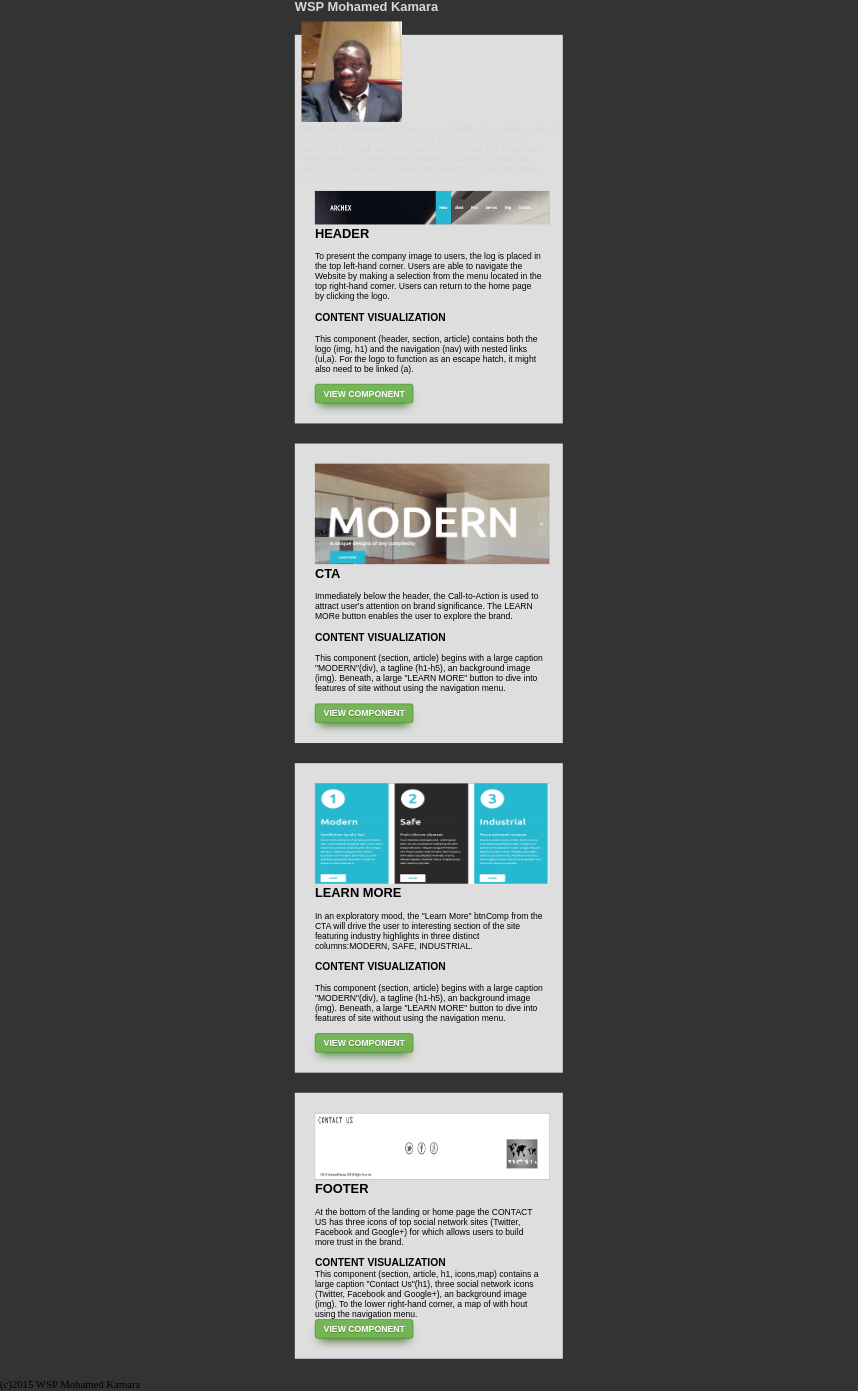
Repository: makamara/WSP_Project
Page: wsp/index.html
An editor plug-in stored every save of this project. The page is shown before and after the next save, followed by the edit.
The browser window is 1280 px wide. The pictures show the whole page, at 67% of full size.

Above is the page before, as saved 2015-09-15 23:38:52.

### wsp/index.html
<!DOCTYPE html>
<html>
<head>
	<title>WSP: Mohamed Kamara</title>
	<link rel="stylesheet" type="text/css" href="css/reset.css" />
	<link rel="stylesheet" type="text/css" href="css/main.css" />
</head>
<body>


	<!-- Header -->
	<header>

	</header>

	<!-- About -->
	<section id="about">

		<h1>WSP Mohamed Kamara</h1>
		<div class="image">
			<img src="images/art_pix.jpg" alt="Mohamed Kamara" width="150" height="150" />
			<p>My name is Mohamed Kamara, I am originally from Liberia, a small country off the coast of West Africa. My interest in computer
		started as far back as 1995 while in high school and since then I have made it a career. Before Fullsail, I worked on technical
		support, but ever since I knew that development was something I really like doing, especially, the Web backend.
		</p>


	</section>

	<!-- Blog, Components -->
	<section>
		<!-- Header section -->
		<article>

			<img src="images/header.png" alt="Header Section" width="350" height="50" />
			<h1>HEADER</h1><br />
			<p>To present the company image to users, the log is placed in the top left-hand corner. Users are able to navigate the Website
			by making a selection from the menu located in the top right-hand corner. Users can return to the home page by clicking the logo.
			</p><br />
			<h3>CONTENT VISUALIZATION</h3><br />

			<p>This component (header, section, article) contains both the logo (img, h1) and the navigation (nav) with nested links (ul,a).
			For the logo to function as an escape hatch, it might also need to be linked (a).
			</p><br />
			<p><a href="" class="btnComp">VIEW COMPONENT</a></p>
		</article>
		<!-- CTA section -->
		<article>
			<img src="images/cta.jpg" alt="CTA" width="350" height="150" />
			<h1>CTA</h1><br />
			<p>Immediately below the header, the Call-to-Action is used to attract user's attention on brand significance.
				The <strong>LEARN MORe</strong> button enables the user to explore the brand.
			</p><br />
			<h3>CONTENT VISUALIZATION</h3><br />
			<p>This component (section, article) begins with a large caption "MODERN"(div), a tagline (h1-h5), an background image (img).
			Beneath, a large "LEARN MORE" button to dive into features of site without using the navigation menu.
			</p><br />
			<p><a href="" class="btnComp">VIEW COMPONENT</a></p>
		</article>
	<!-- LEARN MORE section -->
		<article>
			<img src="images/learnmore.jpg" alt="Learn More" width="350" height="150" />
			<h1>LEARN MORE</h1><br />
			<p>In an exploratory mood, the "Learn More" btnComp from the CTA will drive the user to interesting section of the site featuring
			industry highlights in three distinct columns:MODERN, SAFE, INDUSTRIAL.

			</p><br />
			<h3>CONTENT VISUALIZATION</h3><br />
			<p>This component (section, article) begins with a large caption "MODERN"(div), a tagline (h1-h5), an background image (img).
			Beneath, a large "LEARN MORE" button to dive into features of site without using the navigation menu.
			</p><br />
			<p><a href="" class="btnComp">VIEW COMPONENT</a></p>
		</article>
		<!-- FOOTER section -->
		<article>
			<img src="images/footer.jpg" alt="Footer" width="350" height="100" />
			<h1>FOOTER</h1><br />
			<p>At the bottom of the landing or home page the CONTACT US has three icons of top social network sites (Twitter, Facebook and Google+) for
			which allows users to build more trust in the brand.

			</p><br />
			<h3>CONTENT VISUALIZATION</h3>
			<p>This component (section, article, h1, icons,map) contains a large caption "Contact Us"(h1), three social network icons (Twitter, Facebook and Google+),
				 an background image (img). To the lower right-hand corner, a map of with hout using the navigation menu.
			</p>
			<p><a href="" class="btnComp">VIEW COMPONENT</a></p>
		</article>
	</section>
<footer>(c)2015 WSP Mohamed Kamara</footer>
</body>
</html>

### wsp/css/reset.css
/* CSS RESET
====================================================================================================
====================================================================================================
*/



html, body, div, main, span, applet, object, iframe,
h1, h2, h3, h4, h5, h6, p, blockquote, pre,
a, abbr, acronym, address, big, cite, code,
del, dfn, em, img, ins, kbd, q, s, samp,
small, strike, strong, sub, sup, tt, var,
b, u, i, center,
dl, dt, dd, ol, ul, li,
fieldset, form, label, legend, input, textarea,
table, caption, tbody, tfoot, thead, tr, th, td,
article, aside, canvas, details, embed,
figure, figcaption, footer, header, hgroup,
menu, nav, output, ruby, section, summary,
time, mark, audio, video,
::before, ::after {

	margin: 0; padding: 0;
	border: 0;
	font-size: 100%;
	font: inherit;
	vertical-align: baseline;
	text-decoration: none;

	box-sizing: border-box;

}

// HTML5 - Older browser support
// ======================================================================
article, aside, details, figcaption, figure,
footer, header, hgroup, menu, nav, section {
	display: block;
}


// BODY
// ======================================================================
body {
	line-height: 1;
	font-family: Verdana, Arial, Helvetica, sans-serif;

}


// LISTS - Clear bullets
// ======================================================================
ol, ul { list-style: none; }


// QUOTES
// ======================================================================
blockquote, q { quotes: none; }
blockquote:before, blockquote:after,
q:before, q:after {
	content: '';
	content: none;
}

// TABLES
// ======================================================================
table {
	border-collapse: collapse;
	border-spacing: 0;
}

### wsp/css/main.css
/* Project CSS
============================================================
============================================================*/
body {
    background: #333333;
}

header, section {
    width: 400px;
    margin: 0 auto;
}


/* HEADER ============================== */

/* ABOUT ============================== */

/* COMPONENTS ============================== */
article {
    background: #DEDEDE;
    padding: 30px;
    margin: 30px 0;
    font-family:Arial, Helvetica, sans-serif;
    font-size:0.8em;
}

h1 {
	font-weight:bold;
	font-size:1.5em;
	font-style:normal;
}

h3 {
	font-weight:bold;
	font-size:1.2em;
	font-style:normal
}

#about{
	color:#D8D8D8;
	font-family:Arial, Helvetica, sans-serif;
    font-size:0.8em;

}

.image {
    float: left;
   padding: 10px;

}

/* View Component button ============================== */
.btnComp {
	-moz-box-shadow: 0px 10px 14px -7px #3e7327;
	-webkit-box-shadow: 0px 10px 14px -7px #3e7327;
	box-shadow: 0px 10px 14px -7px #3e7327;
	background:-webkit-gradient(linear, left top, left bottom, color-stop(0.05, #77b55a), color-stop(1, #72b352));
	background-color:#77b55a;
	-moz-border-radius:4px;
	-webkit-border-radius:4px;
	border-radius:4px;
	border:1px solid #4b8f29;
	display:inline-block;
	cursor:pointer;
	color:#ffffff;
	font-family:Arial;
	font-size:13px;
	font-weight:bold;
	padding:6px 12px;
	text-decoration:none;
	text-shadow:0px 1px 0px #5b8a3c;
}
.btnComp:hover {
	background:-webkit-gradient(linear, left top, left bottom, color-stop(0.05, #72b352), color-stop(1, #77b55a));
	background-color:#72b352;
}
.btnComp:active {
	position:relative;
	top:1px;
}

After the next save:
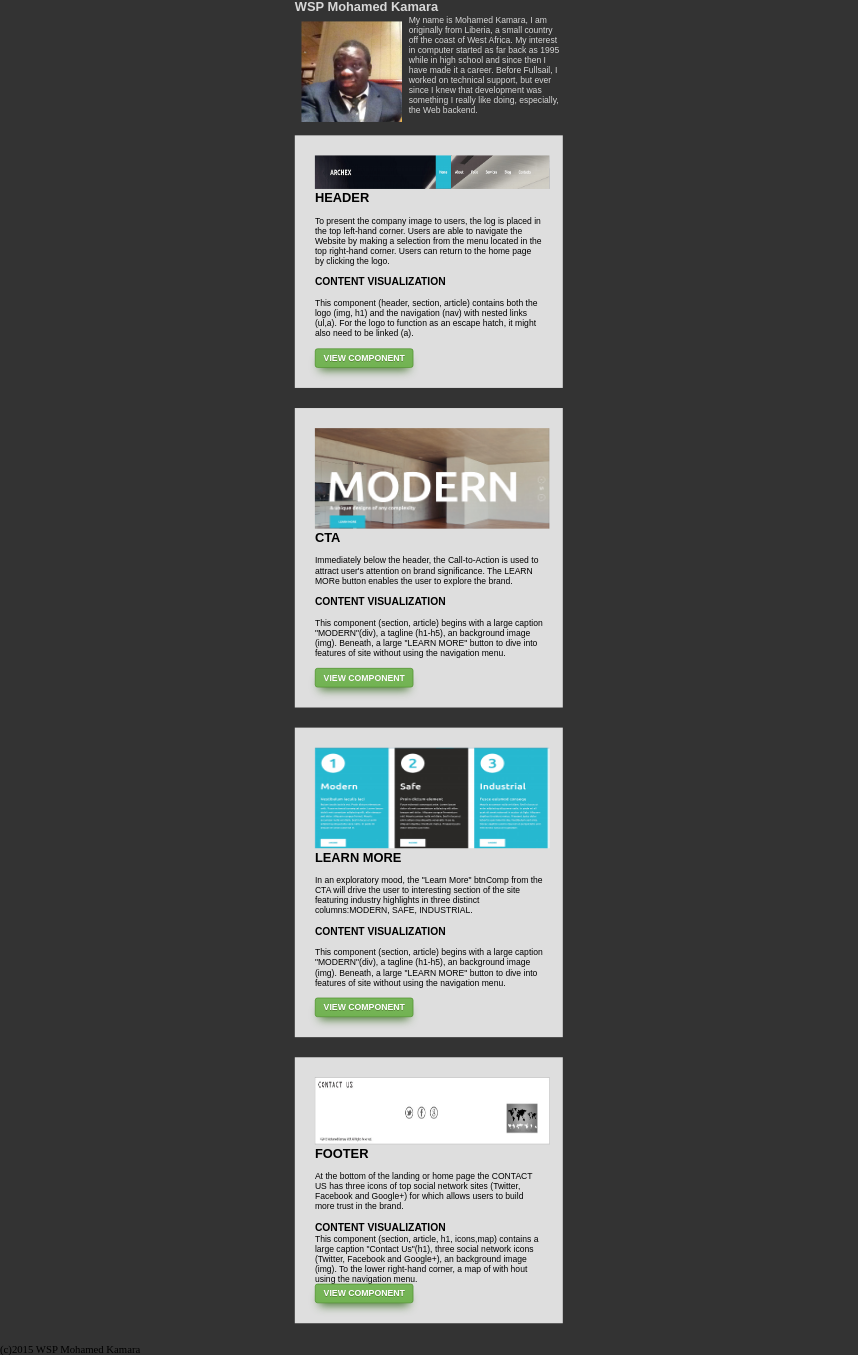
Saved 62 s later.
--- a/wsp/index.html
+++ b/wsp/index.html
@@ -18,7 +18,7 @@
 
 		<h1>WSP Mohamed Kamara</h1>
 		<div class="image">
-			<img src="images/art_pix.jpg" alt="Mohamed Kamara" width="150" height="150" />
+			<img src="images/art_pix.jpg" alt="Mohamed Kamara" width="150" height="150" /></div>
 			<p>My name is Mohamed Kamara, I am originally from Liberia, a small country off the coast of West Africa. My interest in computer
 		started as far back as 1995 while in high school and since then I have made it a career. Before Fullsail, I worked on technical
 		support, but ever since I knew that development was something I really like doing, especially, the Web backend.
@@ -42,7 +42,7 @@
 			<p>This component (header, section, article) contains both the logo (img, h1) and the navigation (nav) with nested links (ul,a).
 			For the logo to function as an escape hatch, it might also need to be linked (a).
 			</p><br />
-			<p><a href="" class="btnComp">VIEW COMPONENT</a></p>
+			<p><a href="header.html" class="btnComp">VIEW COMPONENT</a></p>
 		</article>
 		<!-- CTA section -->
 		<article>
